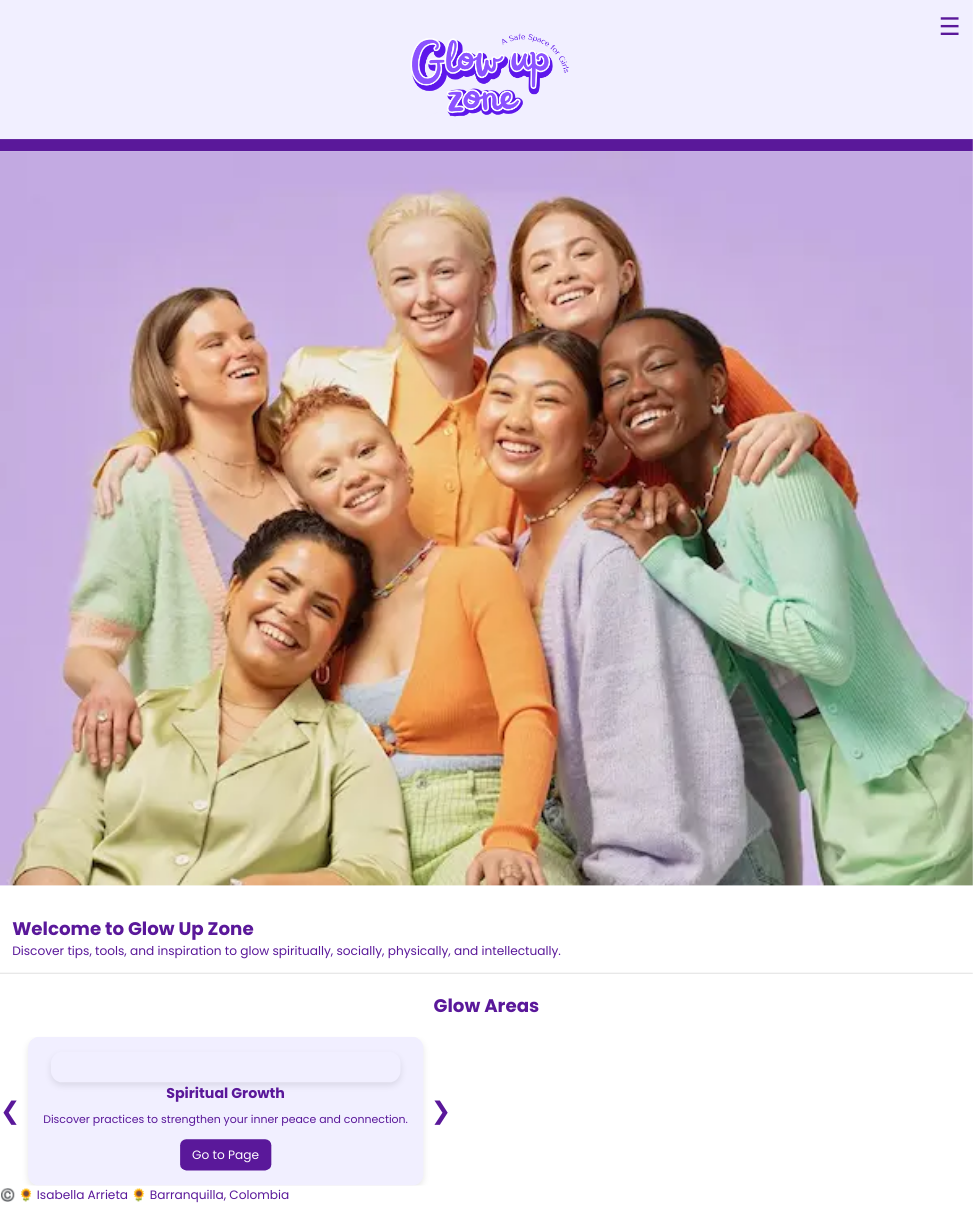
Repository: isaAJ05/wdd131
Page: final-project/final-project.html
The author's editor kept a copy of each file at every save. The page is drawn from the files as they stood at one save, then again after the next save.
The browser window is 1280 px wide. The pictures show the whole page, at 76% of full size.

Above is the page before, as saved 2025-08-09 00:56:21.

### final-project/final-project.html
<!DOCTYPE html>
<html lang="en">
<head>
    <meta charset="UTF-8">
    <meta name="viewport" content="width=device-width, initial-scale=1.0">
    <title>WDD 131 – Glow Up Zone</title>
    <meta name="description" content="WDD 131 – This website is a positive and inspiring space for girls who want to improve different areas of their lives. It will include tips and resources organized into four sections: Spiritual, Social, Physical, and Intellectual.">
    <meta name="author" content="Isabella Arrieta">
    <link rel="stylesheet" href="styles/final-project.css">
    <link rel="stylesheet" href="styles/final-project-large.css">
    <link rel="preconnect" href="https://fonts.googleapis.com">
    <link rel="preconnect" href="https://fonts.gstatic.com" crossorigin>
    <link href="https://fonts.googleapis.com/css2?family=Nunito:wght@300;400;700&family=Poppins:wght@400;600;700&family=Quicksand:wght@400;500;700&display=swap" rel="stylesheet">
    <script src="scripts/final-project.js" defer></script>
</head>
<body>
    <header>
        <div class="title">
            <img src="images/logo.png" alt="" title="">
        </div>
        <button type="button" id="menu" title="Hambutton"></button>
        <nav>
            <ul class="navigation">
			<li><a href="#" class="home">Home</a></li>
			<li><a href="#" class="old">Old</a></li>
			<li><a href="#" class="new">New</a></li>
			<li><a href="#" class="large">Large</a></li>
			<li><a href="#" class="small">Small</a></li>
		</ul>
        </nav>
    </header>
    <main>
        <div class="hero">
            <picture>
            <source media="(min-width: 700px)" srcset="">
            <img src="images/glow-2.webp" alt="" title="">
            </picture>
        </div>
        <section >
                <div class="one">
                <h1>Welcome to Glow Up Zone</h2>
                <p>Discover tips, tools, and inspiration to glow spiritually, socially, physically, and intellectually.</p>
                </div>
        </section>
        <h2>Glow Areas</h2>
        <section class="cards">
        <button class="arrow left">&#10094;</button>
        <div class="cards-container">
            <div class="card">
                <div class="card"></div>
            <h3 id="card-title"></h3>
            <p id="card-text"></p>
            <a id="card-link" href="#" class="btn">Go to Page</a>
            </div>
            </div>
        </div>
        <button class="arrow right">&#10095;</button>
        </section>

    </main>
    <footer>
            <p>
            ©️<span id="currentyear"></span> 🌻 Isabella Arrieta 🌻 Barranquilla, Colombia
        </p>
        <p class="last-modified">
            <span id="lastModified"></span>
        </p>
    </footer>

</body>
</html>

### final-project/styles/final-project.css
:root {
    --primary-color: #5a189a;
    --secondary-color: #fa198b;
    --thirdary-color: #ff6f91;
    --accent-color: #3a86ff;
    --background-color: #f1efff;
    --font-one: "Poppins", sans-serif;
    --font-two: "Nunito", sans-serif;
    --font-three: "Quicksand", sans-serif;
}
* {
    box-sizing: border-box;
    margin: 0;
    padding: 0;
}

body {
    font-family: var(--font-one);
    color: var(--primary-color);
}

.title {
    text-align: center;
    background-color: var(--background-color);
}
.title img {
    width: 350px;
    height: auto;
}
.hero img{
    width: 100%;
    height: auto;
}
.one{
  border-bottom: #D6D6D6 1px solid;
  padding: 1rem;
  margin: 1rem 0;
}
nav{
    display: block;
    background-color: var(--primary-color);
}

#menu {
	font-size: 2rem;
	border: 0;
	background: none;
	position: absolute;
	top: 1rem;
	right: 1rem;
}

#menu::before {
	content: "☰";
    color: var(--primary-color);
}

#menu.open::before {
	content: "✖";
    color: white;
}

.navigation {
	list-style: none;
	display: flex;
	flex-direction: column;
    color: #fff;
    padding-top: 1rem;
    background-color: none;
}

.navigation a {
	display: none;
	color: #fff;
	text-align: center;
	text-decoration: none;
    padding: 0.5rem;
    font-size: 1rem;


}

.navigation a:hover {
	text-decoration: underline;
	background-color: #eee;
	color: #000;
}
.open a {
	display: block;
}
.open img{
    display: none;
}
h2{
    padding: 0.5rem;
    margin: 1rem 0;
    text-align: center;
}
.cards {
    position: relative;
    display: flex;
    align-items: center;
    overflow: hidden;
    width: 100%;
}



.card {
    min-width: 80%;
    margin: 0 10px;
    padding: 20px;
    background: var(--background-color);
    border-radius: 15px;
    box-shadow: 0 4px 10px rgba(0,0,0,0.1);
    text-align: center;
}

.card h3 {
    color: var(--primary-color);
    margin-bottom: 10px;
}

.card p {
    font-size: 0.9rem;
    margin-bottom: 15px;
}

.btn {
    display: inline-block;
    background: var(--primary-color);
    color: white;
    padding: 8px 16px;
    border-radius: 8px;
    text-decoration: none;
}

.arrow {
    background: none;
    border: none;
    font-size: 2rem;
    cursor: pointer;
    color: var(--primary-color);
}

### final-project/scripts/final-project.js
const hamButton = document.querySelector('#menu');
const navigation = document.querySelector('.navigation');
const title = document.querySelector('.title');

hamButton.addEventListener('click', () => {
	navigation.classList.toggle('open');
    hamButton.classList.toggle('open');
    title.classList.toggle('open');
});
const cardsData = [
    {
        title: "Spiritual Growth",
        text: "Discover practices to strengthen your inner peace and connection.",
        link: "spiritual.html"
    },
    {
        title: "Social Skills",
        text: "Learn how to connect, communicate, and build strong relationships.",
        link: "social.html"
    },
    {
        title: "Intellectual Growth",
        text: "Boost your mind with tips, knowledge, and creative thinking.",
        link: "intellectual.html"
    },
    {
        title: "Physical Wellness",
        text: "Stay active and healthy with routines and self-care habits.",
        link: "physical.html"
    }
];

let currentIndex = 0;

const cardTitle = document.getElementById("card-title");
const cardText = document.getElementById("card-text");
const cardLink = document.getElementById("card-link");

function updateCard() {
    cardTitle.textContent = cardsData[currentIndex].title;
    cardText.textContent = cardsData[currentIndex].text;
    cardLink.href = cardsData[currentIndex].link;
}

document.querySelector(".arrow.right").addEventListener("click", () => {
    currentIndex = (currentIndex + 1) % cardsData.length; // Avanza y vuelve al inicio
    updateCard();
});

document.querySelector(".arrow.left").addEventListener("click", () => {
    currentIndex = (currentIndex - 1 + cardsData.length) % cardsData.length; // Retrocede y vuelve al final
    updateCard();
});

updateCard();

Loaded but not shown: final-project/styles/final-project-large.css (no copy from this time; the picture is the same without it)

After the next save:
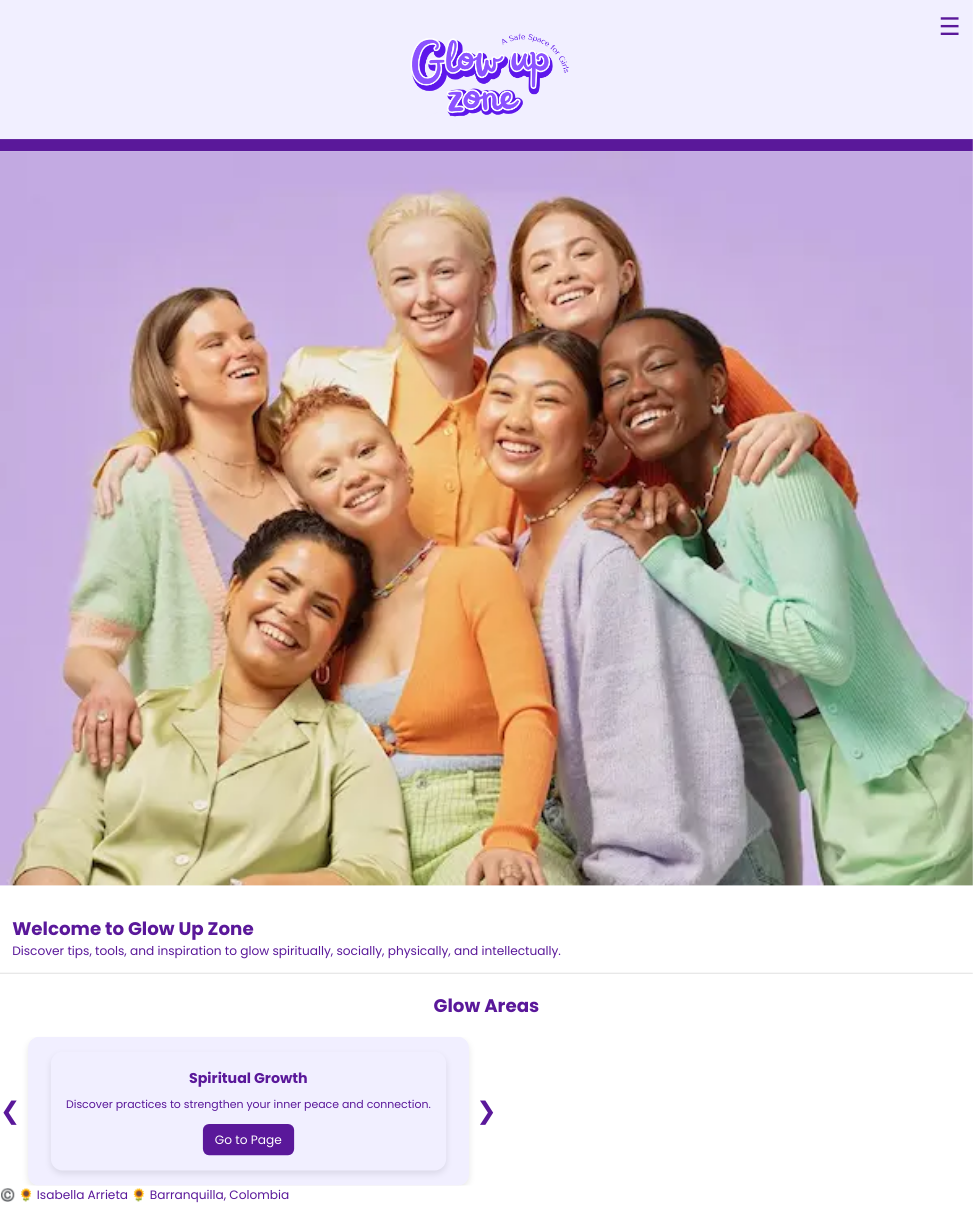
Saved 13 s later.
--- a/final-project/final-project.html
+++ b/final-project/final-project.html
@@ -47,7 +47,7 @@
         <button class="arrow left">&#10094;</button>
         <div class="cards-container">
             <div class="card">
-                <div class="card"></div>
+                <div class="card">
             <h3 id="card-title"></h3>
             <p id="card-text"></p>
             <a id="card-link" href="#" class="btn">Go to Page</a>
